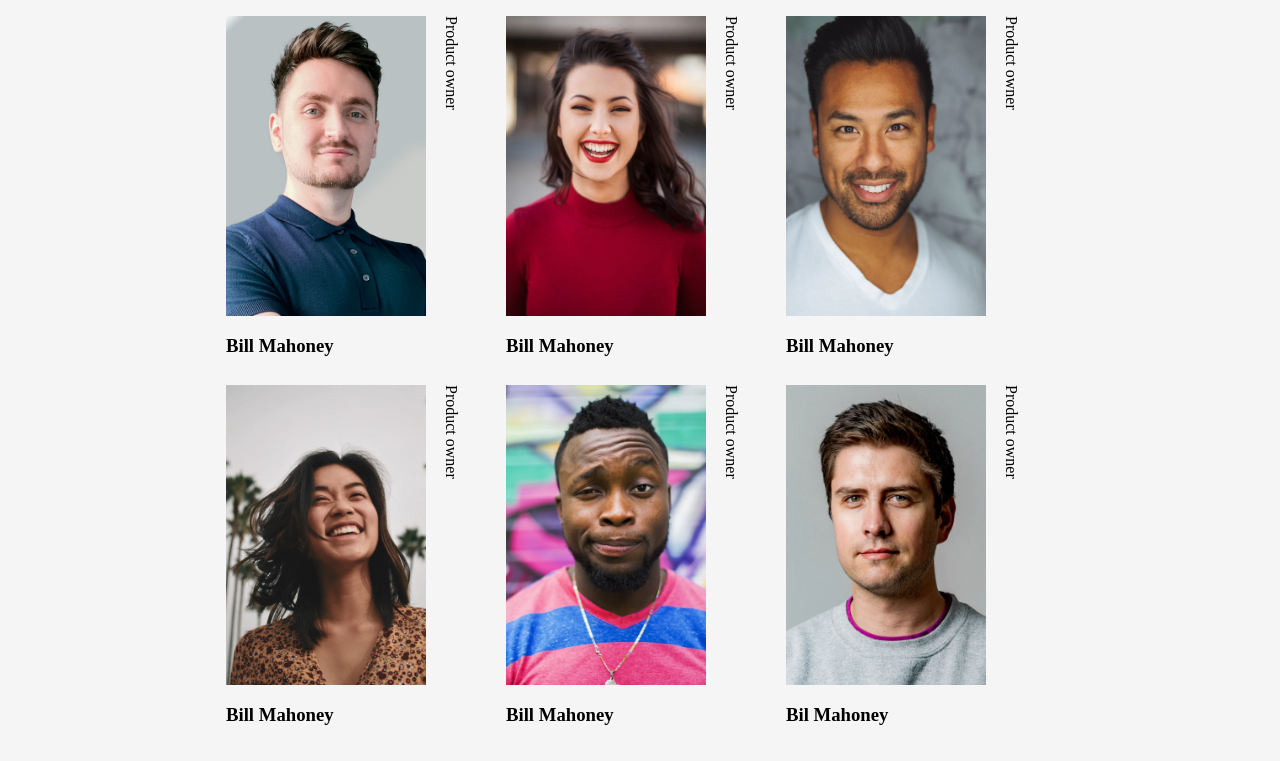
Repository: georgisenze/my-team-page-challeng
Page: index.html
The author's editor kept a copy of each file at every save. The page is drawn from the files as they stood at one save, then again after a run of saves.
The browser window is 1280 px wide. The pictures show the whole page.

Above is the page before, as saved 2023-02-22 22:20:34.

### index.html
<!DOCTYPE html>
<html lang="en">
<head>
    <meta charset="UTF-8">
    <meta http-equiv="X-UA-Compatible" content="IE=edge">
    <meta name="viewport" content="width=device-width, initial-scale=1.0">
    <title>My team page</title>

    <link rel="stylesheet" href="assets/css/style.css">
</head>
<body>
     <div class="container" id="container">
        <div class="box">
            <span>
                <img src="assets/img/photo1.png" alt="">
                <p>Product owner</p>
            </span>
            <h3>Bill Mahoney</h3>
        </div>
        <div class="box">
            <span>
                <img src="assets/img/photo2.png" alt="">
                <p>Product owner</p>
            </span>
            <h3>Bill Mahoney</h3>
        </div>
        <div class="box">
            <span>
                <img src="assets/img/photo3.png" alt="">
                <p>Product owner</p>
            </span>
            <h3>Bill Mahoney</h3>
        </div>
        <div class="box">
            <span>
                <img src="assets/img/photo4.png" alt="">
                <p>Product owner</p>
            </span>
            <h3>Bill Mahoney</h3>
        </div>
        <div class="box">
            <span>
                <img src="assets/img/photo5.png" alt="">
                <p>Product owner</p>
            </span>
            <h3>Bill Mahoney</h3>
        </div>
        <div class="box">
            <span>
                <img src="assets/img/photo6.png" alt="">
                <p>Product owner</p>
            </span>
            <h3>Bil Mahoney</h3>
        </div>
      </div>
</body>
</html>

### assets/css/style.css
  body{
    margin: 0;
    padding: 0;
    background-color: whitesmoke;
  }

  .container {
    writing-mode: horizontal-tb;
    display: grid;
    justify-content: center;
    justify-items: center;
    align-items: center;
    align-content: center;
    grid-template-columns: 270px 270px 270px;
    /* grid-template-rows: repeat(2,minmax(100px, auto)); */
    grid-auto-flow: row;
    gap: 10px;
    padding: 1em;
  }

  img {
    width: 200px;
    height: 300px;
  }

  span{
    display: flex;
  }

  span p {
    writing-mode: vertical-rl;
    text-orientation: mixed;
  }

  label {
    --flow-space: 1rem;
    display: grid;
    grid-template-columns: 180px min-content;
    gap: 0.2rem;
  }

After the next 2 saves:
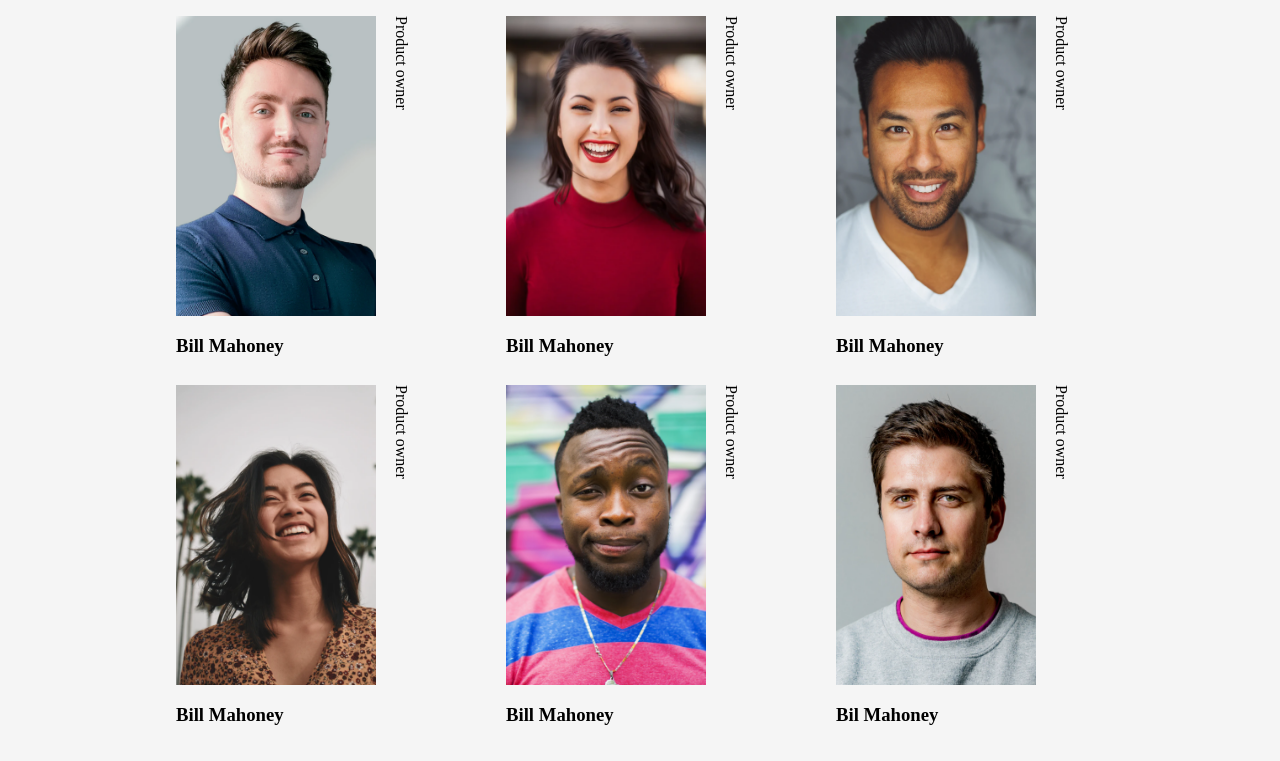
The 2 saves are shown as one change because they came seconds apart.
The last was saved 29 s later.
--- a/assets/css/style.css
+++ b/assets/css/style.css
@@ -11,7 +11,7 @@
     justify-items: center;
     align-items: center;
     align-content: center;
-    grid-template-columns: 270px 270px 270px;
+    grid-template-columns: 320px 320px 320px;
     /* grid-template-rows: repeat(2,minmax(100px, auto)); */
     grid-auto-flow: row;
     gap: 10px;
